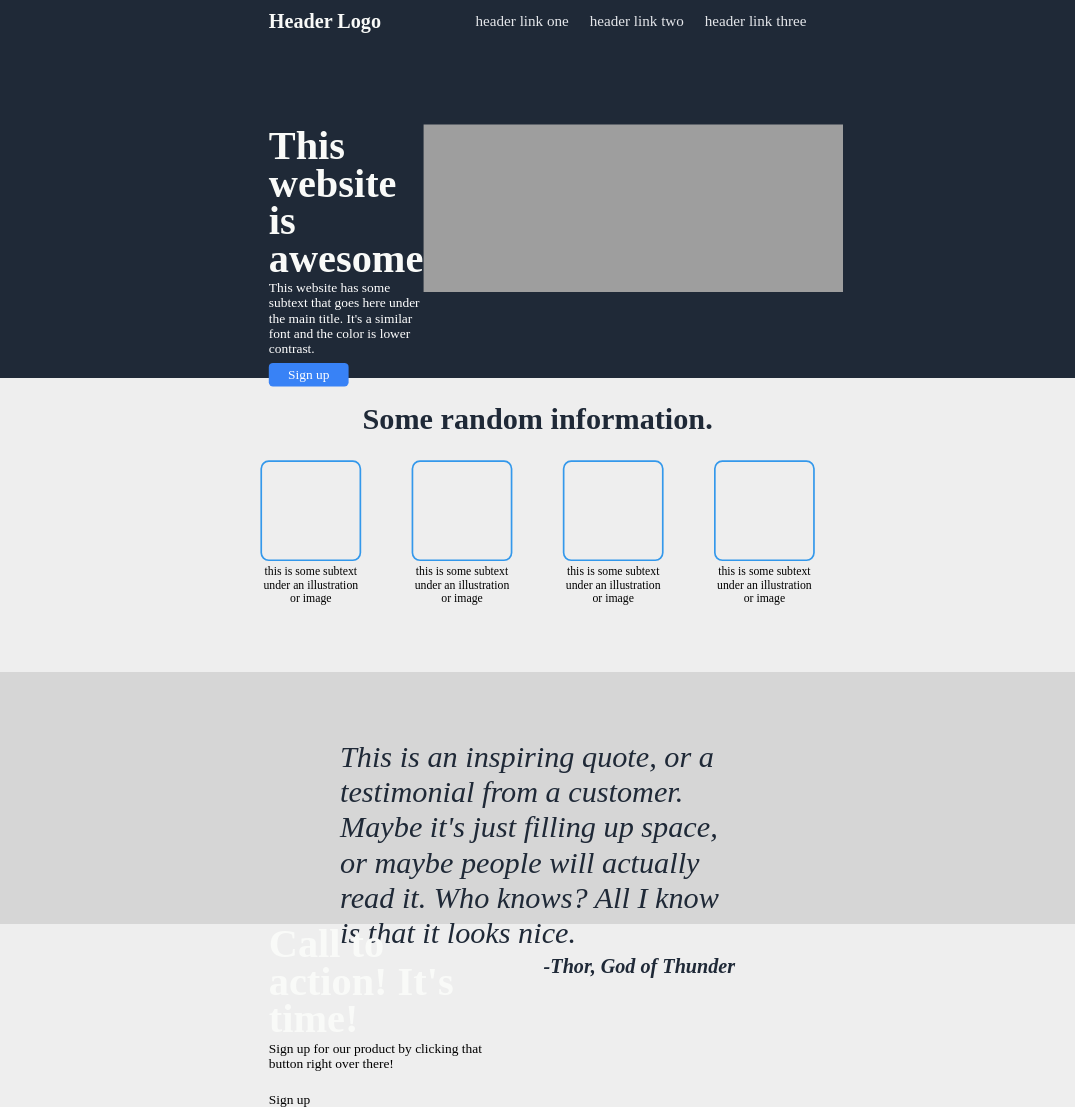
Repository: Pafestivo/Dummy-Landing-Page
Page: index.html
An editor plug-in stored every save of this project. The page is shown before and after the next save, followed by the edit.
The browser window is 1280 px wide. The pictures show the whole page, at 84% of full size.
Pictures or frames that could not be fetched are drawn as grey boxes.

Above is the page before, as saved 2022-09-26 19:25:31.

### index.html
<!DOCTYPE html>
<html lang="en">
<head>
    <meta charset="UTF-8">
    <meta name="viewport" content="width=device-width, initial-scale=1.0">
    <link rel="stylesheet" href="styles.css">
    <title>Landing Page</title>
</head>
<body>
    <header>
        <div class="container">
            <h1>Header Logo</h1>
            <nav>
                <a href="#">header link one</a>
                <a href="#">header link two</a>
                <a href="#">header link three</a>
            </nav>
        </div> <!-- /container-->
    </header>
    <main>
        <section class="first">
            <div class="container">

                <div class="right">
                    <h1>This website is awesome</h1>
                    <p>This website has some subtext that goes here under the main title. It's a similar font and the color is lower contrast.</p>
                    <a href="#">Sign up</a>
                </div> <!-- /right -->

                <div class="left">
                    <img src="images/office.jpg" alt="Office desk photo" />
                </div> <!-- /left -->

            </div> <!-- /container-->
        </section> <!-- /first -->

        <section class="second">
            <div class="container">

                <h1>Some random information.</h1>
                <div class="boxes">
                    <div class="info">
                        <div class="box"></div>
                        <div class="box-info">
                            <p>this is some subtext under an illustration or image</p>
                        </div> <!-- /box-info -->
                    </div> <!-- /info -->

                    <div class="info">
                        <div class="box"></div>
                        <div class="box-info">
                            <p>this is some subtext under an illustration or image</p>
                        </div> <!-- /box-info -->
                    </div> <!-- /info -->

                    <div class="info">
                        <div class="box"></div>
                        <div class="box-info">
                            <p>this is some subtext under an illustration or image</p>
                        </div> <!-- /box-info -->
                    </div> <!-- /info -->

                    <div class="info">
                        <div class="box"></div>
                        <div class="box-info">
                            <p>this is some subtext under an illustration or image</p>
                        </div> <!-- /box-info -->
                    </div> <!-- /info -->

                </div> <!-- /boxes-->
            </div> <!-- /container-->
        </section> <!-- /second -->

        <section class="third">
            <div class="container">
                <p>This is an inspiring quote, or a testimonial from a customer. Maybe it's just filling up space, or maybe people will actually read it. Who knows? All I know is that it looks nice.</p>
                <p class="quote-owner">-Thor, God of Thunder</p>
            </div> <!-- /container-->
        </section> <!-- /third -->

        <section class="fourth">
            <div class="container">
                <div class="coa">
                    <div class="right">
                        <h1>Call to action! It's time!</h1>
                        <p>Sign up for our product by clicking that button right over there!</p>
                    </div> <!-- /right -->
                    <a href="#">Sign up</a>
                </div>
            </div> <!-- /container-->
        </section> <!-- /fourth -->

        <footer>

        </footer>
    </main>
</body>
</html>

### styles.css
* {
  padding: 0;
  margin: 0;
  box-sizing: border-box;
}

body {
  font-family: serif;
  background-color: #eee;
}

.container {
  width: 50vw;
  margin: 0 auto;
}

a {
  text-decoration: none;
  color: inherit;
}

/* header bar */
header {
  display: flex;
  align-items: center;
  background-color: #1F2937;
  color: #fff;
  height: 50px;
}

header h1 {
  font-size: 24px;
  color: #F9FAF8;
}

header .container {
  display: flex;
  justify-content: space-between;
}

header nav {
  display: flex;
  align-items: center;
  gap: 25px;
}

header a {
  font-size: 18px;
  color: #E5E7EB;
}
/* End header bar  */

/* First section  */
.first {
  background-color: #1F2937;
  height: 400px;
  color: #fff;
}

.first .container {
  display: flex;
  align-items: center;
  justify-content: space-between;
  height: 100%;
}

.right {
  display: flex;
  flex-direction: column;
  gap: 4px;
  height: 200px;
  width: 40%;
}

.right h1 {
  font-size: 48px;
  font-weight: extra-bold;
  color: #F9FAF8;
  line-height: 45px;
}

right p {
  font-size: 18px;
  color: #E5E7EB;
}

.first img {
  width: 500px;
  height: 200px;
}

.first a {
  background-color: #3882F6;
  width: 95px;
  padding: 5px;
  border-radius: 5px;
  margin-top: 4px;
  text-align: center;

}
/* End first section  */

/* Second section */
.second {
  height: 350px;
}

.second h1 {
  text-align: center;
  font-size: 36px;
  font-weight: extra-bold;
  color: #1F2937;
  padding: 28px 0 28px 0;
}

.boxes {
  display: flex;
  justify-content: center;
  gap: 60px;
}

.box {
  width: 120px;
  height: 120px;
  border: 2px solid hsl(207, 82%, 56%);
  border-radius: 10px;
}

.box-info {
  margin-top: 5px;
  width: 120px;
  font-size: 14px;
  text-align: center;
}
/* End second section  */

/* Third section  */
.third {
  background-color: #d6d6d6;
  height: 300px;
  padding: 80px;
}

.third .container {
  display: flex;
  width: 42%;
  flex-direction: column;
}

.third p {
  font-size: 36px;
  font-style: italic;
  color: #1F2937;
}

.third .quote-owner {
  font-size: 24px;
  align-self: flex-end;
  font-style: none;
  font-weight: bold;
  margin-top: 5px;
}
/* End third section  */

After the next save:
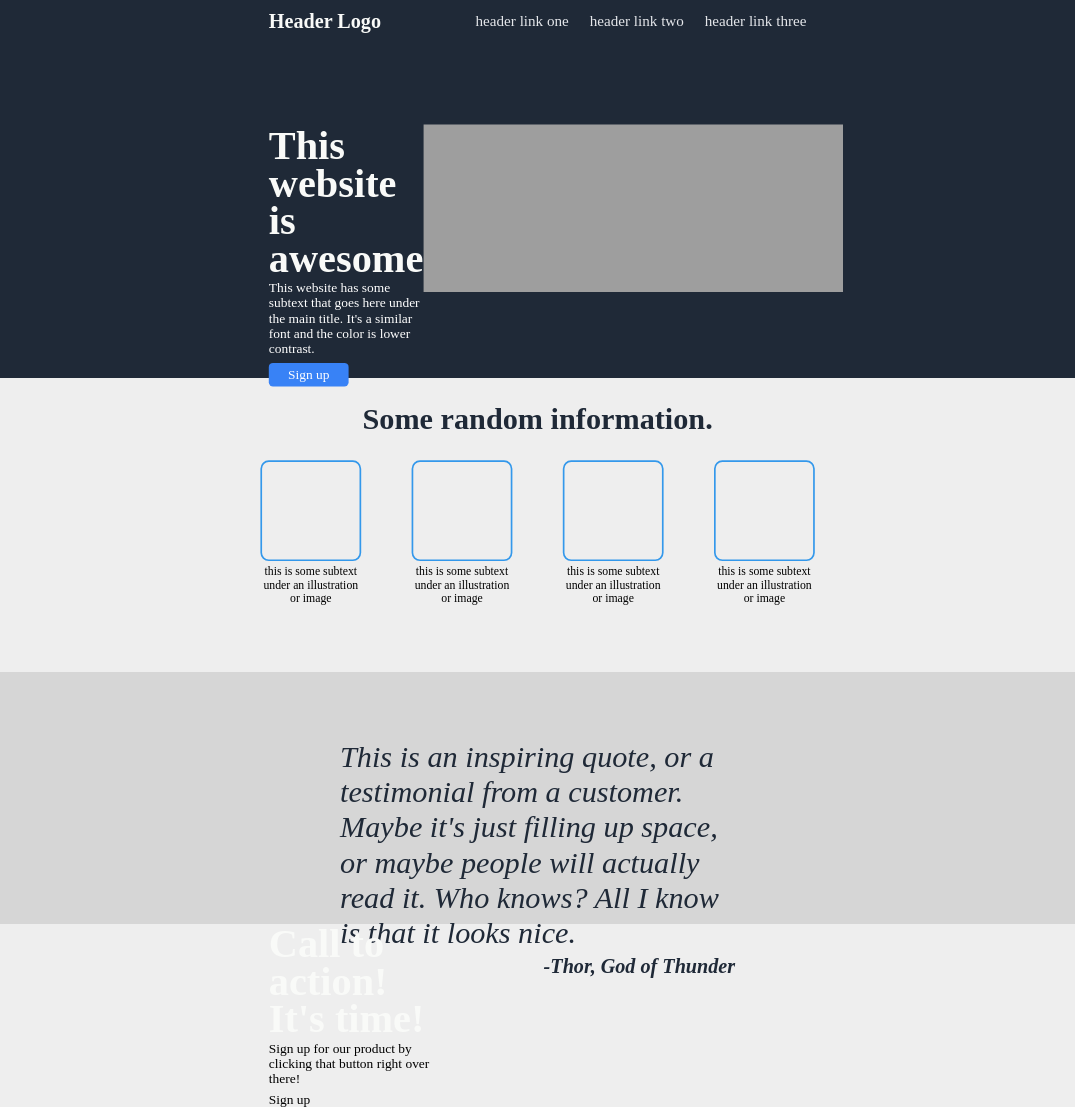
Saved 64 s later.
--- a/styles.css
+++ b/styles.css
@@ -161,3 +161,10 @@ right p {
   margin-top: 5px;
 }
 /* End third section  */
+
+/* Fourth section */
+.coa {
+  width: 500px;
+  height: 100px;
+}
+/* End fourth section */
